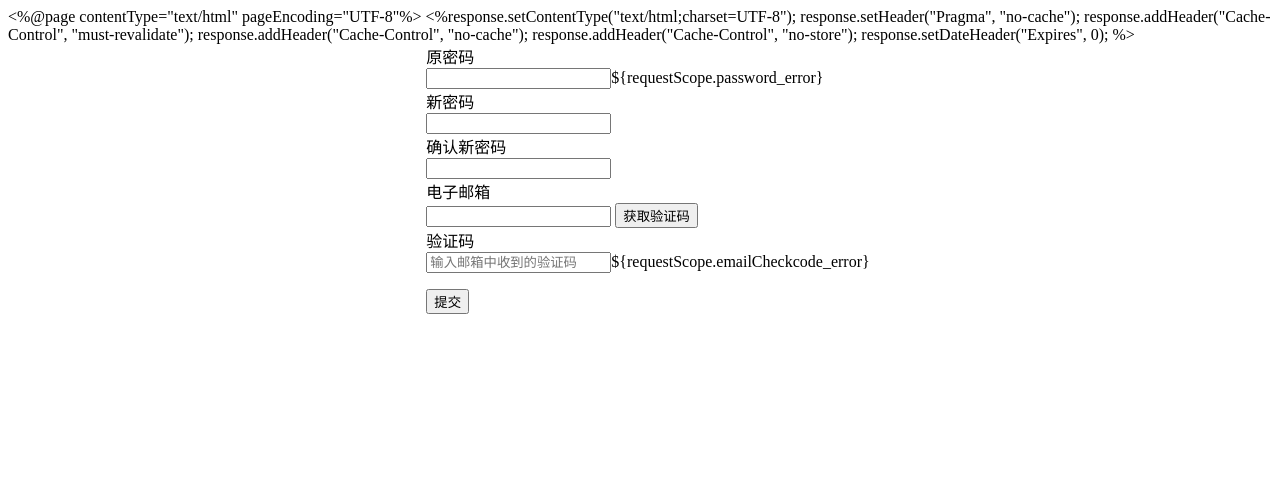
Repository: IAmJiangWenHao/ReportServer
Page: web/demo.html
The author's editor kept a copy of each file at every save. The page is drawn from the files as they stood at one save, then again after the next save.
The browser window is 1280 px wide. The pictures show the whole page.

Above is the page before, as saved 2023-05-18 21:36:54.

### web/demo.html
<%@page contentType="text/html" pageEncoding="UTF-8"%>
<%response.setContentType("text/html;charset=UTF-8");
  response.setHeader("Pragma", "no-cache");
  response.addHeader("Cache-Control", "must-revalidate");
  response.addHeader("Cache-Control", "no-cache");
  response.addHeader("Cache-Control", "no-store");
  response.setDateHeader("Expires", 0);
%>
<!DOCTYPE html>
<html>
  <head>
    <meta http-equiv="Content-Type" content="text/html; charset=UTF-8">
    <title>重置口令</title>
  </head>

  <body>
    <style>
          .mybody {
      height: 100%;
      width: 100%;
      position: absolute;

    }

    form {
      height: 100%;
      display: flex;
      flex-direction: column;


    }
    form:hover{
      box-shadow: 0 0 10px 5px rgba(30, 30, 4, 0.3);
    }

    form .hang {
      /* border: 1px solid black; */
      width: 100%;
      margin-bottom: 2px;
      display: flex;
      border-radius: 20px;
      width: 500px;
      height: auto;
      padding: 10px;
      font-size: 26px;
      background-color: #fff;
      position: relative;
      justify-content: space-between;
    }
    form .hang #new{
      display: flex;
    flex-direction: column;
    }
    form .key{
      flex-shrink: 0;
    }
    form .hang a{
      color: #000;
      text-decoration:none;
    }
    form .hang input{
      border: 0;
      background-color: #fff;
      width: 100%;
    height: 100%;
    }
    form .hang input:hover{
      box-shadow: 0 0 10px 5px rgba(30, 30, 4, 0.3);

    }
    form .hang .input{
      width: 100%;
    }
    form .hang #button{
      border: 0;
      box-shadow: 0 ;
      width: auto;
    height: auto;
    }

    </style>
    <div class="mybody">
    <div  style="      display: flex;
    justify-content: center;
    align-items: center;">
      <form action="SetPasswordEmail.do" method="post" name="form1" onSubmit="return Check()">
        <div><div>原密码</div> <div id="old"><input type="password" name="oldpass" >${requestScope.password_error}</div></div>
        <div><div>新密码</div> <div id="new"><input type="password" name="newpass" ><div id="info_newpass" style="color: #ff0000;display:inline;"></div></div></div>
        <div><div>确认新密码</div> <div id="comfirm"><input type="password" name="confirmpass"  ><div id="info_confirm" style="color: #ff0000;display:inline;"></div> </div></div>
        <div><div>电子邮箱</div> <div id="email"><input type="text" name="email" onblur=isEmail(this.value)> <input type="button" id="button" value="获取验证码"></div></div>
        <div><div>验证码</div><div id="emailcode"><input type="text" name="emailCheckcode"  placeholder="输入邮箱中收到的验证码"/>${requestScope.emailCheckcode_error}</div></div>
        <p>
          <input type="submit" id="submit" value="提交">
      </form>
        <div id="result"></div>
    </div>
</div>
    <script>
      const info_newpass = document.getElementById("info_newpass");
      const info_confirm = document.getElementById("info_confirm");
      const newpass = document.getElementsByTagName("input")[1];
      const confirmpass = document.getElementsByTagName("input")[2];
      const email = document.getElementsByTagName("input")[3];
      newpass.onchange = function () {
        info_newpass.innerHTML = "长度6-8位";
        if (confirmpass.value === newpass.value && newpass.value.length >= 4)
          info_confirm.innerHTML = "ok";
        else
        {
          info_confirm.innerHTML = "不匹配";
        }
      };

      confirmpass.onchange = function () {
        if (confirmpass.value === newpass.value && newpass.value.length >= 4)
          info_confirm.innerHTML = "ok";
        else
        {
          info_confirm.innerHTML = "不匹配";
        }
      };

      function isEmail(strEmail) {
        if (strEmail.search(/^\w+((-\w+)|(\.\w+))*\@[A-Za-z0-9]+((\.|-)[A-Za-z0-9]+)*\.[A-Za-z0-9]+$/) !== -1)
          return true;
        else
          alert(email.value + "邮箱格式错误");
      }
      function Check()
      {
        for (var i = 0; i < document.form1.elements.length - 1; i++)
        {
          if (document.form1.elements[i].value === "")
          {
            alert("不允许空！");
            document.form1.elements[i].focus();
            return false;
          }
        }
        if (newpass.value.length < 6)
        {
          alert("密码长度不足！");
          document.getElementsByTagName("input")[1].focus();
          return false;
        }
        if (confirmpass.value !== newpass.value)
        {
          alert("两次输入不匹配！");
          document.getElementsByTagName("input")[2].focus();
          return false;
        }
        return true;

      }
      //获取button
      const btn = document.getElementById("button");
      const result=document.getElementById("result");
      //绑定按钮的 click 事件
      btn.onclick = function () {
        if (!isEmail(email.value))
          return false;
        btn.disabled = true;//禁用按钮
        setBTN();
        //1.创建请求对象
        const xhr = new XMLHttpRequest();
        //2.设置请求方法和URL
        xhr.open("post", "/Report_load_system/EmailCheckcodeServlet?email=" + email.value, true);
        //3.发送
        xhr.send();
        //4. 绑定事件 处理服务端返回的结果
        //readystate 是xhr的一个属性，状态 0 1 2 3 4
        xhr.onreadystatechange = function () {
          // 如果服务器端返回了所有的结果
          if (xhr.readyState === 4) {
            //判断响应码 2XX 表示成功
            if (xhr.status >= 200 && xhr.status <= 300) {
              //处理结果
              console.log(xhr.status);//状态码
              console.log(xhr.statusText);//状态字符串
              console.log(xhr.getAllResponseHeaders());//响应头
              console.log(xhr.response);//响应体
              //设置 result 显示的文本内容
              result.innerHTML=xhr.response;
            } else {
            }
          }
        };
      };

      //修改按钮，控制验证码重新获取
      var time0 = 30;
      var time = time0;
      var t;  // 验证按钮的20s计时
      //修改按钮，控制验证码重新获取
      function changeBTN() {
        if (time > 0) {
          btn.value = "(" + time + "s)" + "重新获取";
          time = time - 1;
        } else {

          btn.disabled = false;
          btn.value = "获取验证码";
          clearInterval(t);
          time = time0;
        }
      }
      function setBTN() {
        btn.value = "(" + time + "s)" + "重新获取";
        time = time - 1;
        t = setInterval("changeBTN()", 1000);  // 1s调用一次
      }
    </script>
  </body>
</html>

After the next save:
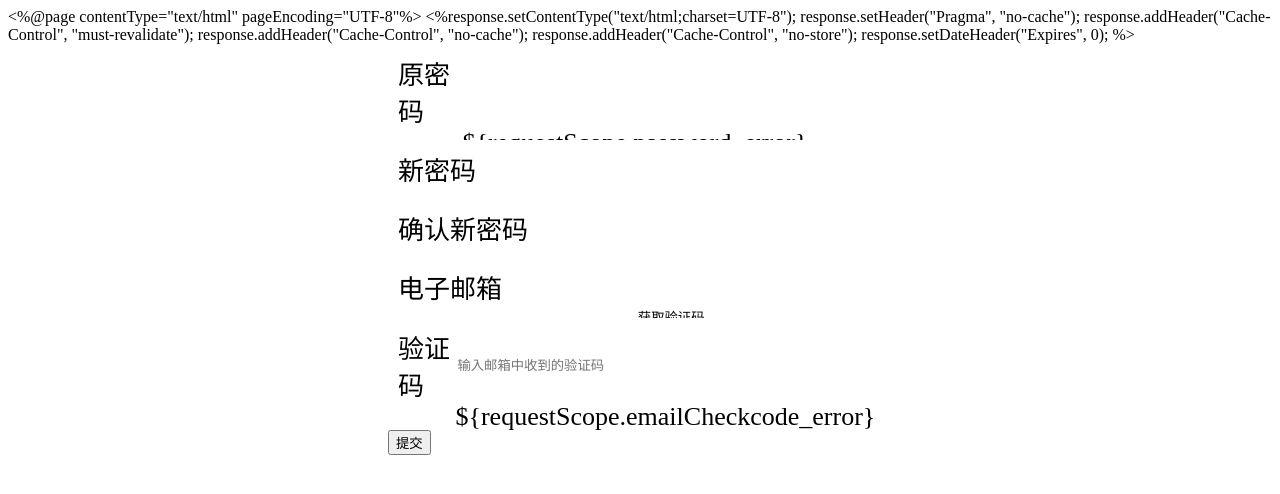
Saved 34 s later.
--- a/web/demo.html
+++ b/web/demo.html
@@ -84,11 +84,11 @@
     justify-content: center;
     align-items: center;">
       <form action="SetPasswordEmail.do" method="post" name="form1" onSubmit="return Check()">
-        <div><div>原密码</div> <div id="old"><input type="password" name="oldpass" >${requestScope.password_error}</div></div>
-        <div><div>新密码</div> <div id="new"><input type="password" name="newpass" ><div id="info_newpass" style="color: #ff0000;display:inline;"></div></div></div>
-        <div><div>确认新密码</div> <div id="comfirm"><input type="password" name="confirmpass"  ><div id="info_confirm" style="color: #ff0000;display:inline;"></div> </div></div>
-        <div><div>电子邮箱</div> <div id="email"><input type="text" name="email" onblur=isEmail(this.value)> <input type="button" id="button" value="获取验证码"></div></div>
-        <div><div>验证码</div><div id="emailcode"><input type="text" name="emailCheckcode"  placeholder="输入邮箱中收到的验证码"/>${requestScope.emailCheckcode_error}</div></div>
+        <div class="hang"><div>原密码</div> <div id="old"><input type="password" name="oldpass" >${requestScope.password_error}</div></div>
+        <div class="hang"><div>新密码</div> <div id="new"><input type="password" name="newpass" ><div id="info_newpass" style="color: #ff0000;display:inline;"></div></div></div>
+        <div class="hang"><div>确认新密码</div> <div id="comfirm"><input type="password" name="confirmpass"  ><div id="info_confirm" style="color: #ff0000;display:inline;"></div> </div></div>
+        <div class="hang"><div>电子邮箱</div> <div id="email"><input type="text" name="email" onblur=isEmail(this.value)> <input type="button" id="button" value="获取验证码"></div></div>
+        <div class="hang"><div>验证码</div><div id="emailcode"><input type="text" name="emailCheckcode"  placeholder="输入邮箱中收到的验证码"/>${requestScope.emailCheckcode_error}</div></div>
         <p>
           <input type="submit" id="submit" value="提交">
       </form>
